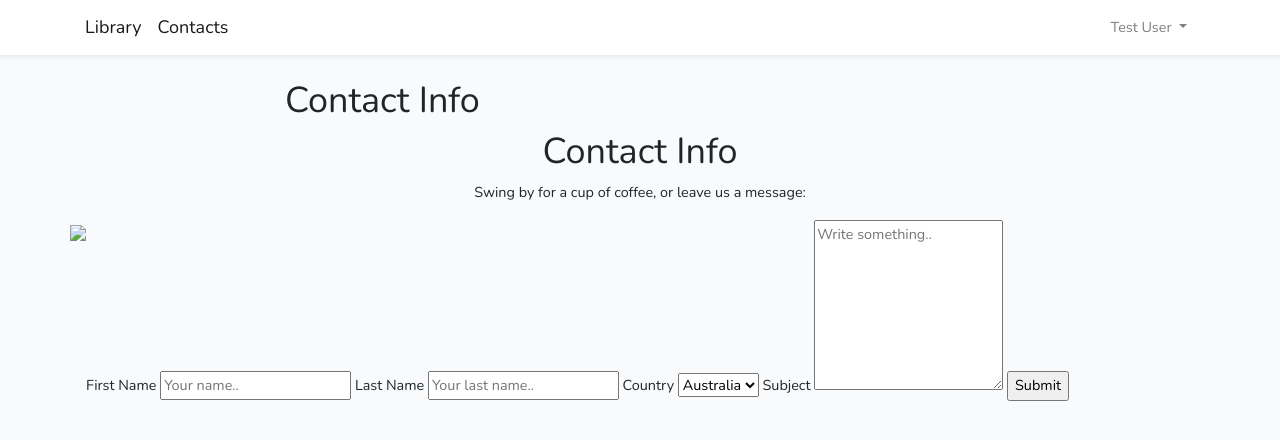
Repository: laravel-sys/groupOne
Page: http://localhost/contacts
An editor plug-in stored every save of this project. The page is shown before and after the next save, followed by the edit.
The browser window is 1280 px wide. The pictures show the whole page.
The page is served by the project's Laravel application, run on PHP 8.4 with Laravel 8. A made-up administrator, Test User (test@example.com), is signed in. Other server files are loaded and not shown. Style sheets and scripts are compiled from the project's sources, by tool versions that may differ from the author's. Queries for data that is not in the repository find no rows.

Above is the page before, as saved 2021-03-26 22:28:37.

### routes/web.php
<?php
use App\Http\Controllers\ContactsController;
use Illuminate\Support\Facades\Route;

/*
|--------------------------------------------------------------------------
| Web Routes
|--------------------------------------------------------------------------
|
| Here is where you can register web routes for your application. These
| routes are loaded by the RouteServiceProvider within a group which
| contains the "web" middleware group. Now create something great!
|
*/

Route::get('/', function () {
    return view('welcome');
});

Auth::routes();

Route::get('/home', [App\Http\Controllers\HomeController::class, 'index'])->name('home');

Route::resource('contacts', ContactsController::class);

### app/Models/User.php
<?php

namespace App\Models;

use Illuminate\Contracts\Auth\MustVerifyEmail;
use Illuminate\Database\Eloquent\Factories\HasFactory;
use Illuminate\Foundation\Auth\User as Authenticatable;
use Illuminate\Notifications\Notifiable;

class User extends Authenticatable
{
    use HasFactory, Notifiable;

    /**
     * The attributes that are mass assignable.
     *
     * @var array
     */
    protected $fillable = [
        'name',
        'email',
        'password',
    ];

    /**
     * The attributes that should be hidden for arrays.
     *
     * @var array
     */
    protected $hidden = [
        'password',
        'remember_token',
    ];

    /**
     * The attributes that should be cast to native types.
     *
     * @var array
     */
    protected $casts = [
        'email_verified_at' => 'datetime',
    ];

    public function contacts(){
        return $this->hasMany(Contact::class);
    }
}

### app/Http/Controllers/ContactsController.php
<?php

namespace App\Http\Controllers;

use App\Models\Contact;
use Illuminate\Http\Request;

use Illuminate\Support\Facades\Auth;

class ContactsController extends Controller
{
    public function __construct()
    {
        $this->middleware('auth' ,['except' => [
            'index',
        ]]);
        //$this->middleware('auth');
    }

    /**
     * Display a listing of the resource.
     *
     * @return \Illuminate\Http\Response
     */
    public function index()
    {
        $user=Auth::user();
        return view('index',['contacts'=>$user->contacts]);
        //return "OK";
    }

    /**
     * Show the form for creating a new resource.
     *
     * @return \Illuminate\Http\Response
     */
    public function create()
    {
        return view('create');
    }

    /**
     * Store a newly created resource in storage.
     *
     * @param  \Illuminate\Http\Request  $request
     * @return \Illuminate\Http\Response
     */
    public function store(Request $request)
    {
        request()->validate([
            'name' => 'required',
            'email' => 'required',
            'phone' => 'required',
            'subject' => 'required',
            'message' => 'required',
        ]);

        $contact->name = request('name');
        $contact->email = request('email');
        $contact->phone = request('phone');
        $contact->subject = request('subject');
        $contact->message = request('message');
        $contact->user_id = Auth::user()->id;

        $task->save();
        return redirect('contacts');
    }

    /**
     * Display the specified resource.
     *
     * @param  \App\Models\Contact  $contact
     * @return \Illuminate\Http\Response
     */
    public function show(Contact $contact)
    {
        return view('show', ['contact' => $contact]);
    }

    /**
     * Show the form for editing the specified resource.
     *
     * @param  \App\Models\Contact  $contact
     * @return \Illuminate\Http\Response
     */
    public function edit(Contact $contact)
    {
        return view('edit' , ['contact' => $contact]);
    }

    /**
     * Update the specified resource in storage.
     *
     * @param  \Illuminate\Http\Request  $request
     * @param  \App\Models\Contact  $contact
     * @return \Illuminate\Http\Response
     */
    public function update(Request $request, Contact $contact)
    {
        request()->validate([
            'name' => 'required',
            'email' => 'required',
            'phone' => 'required',
            'subject' => 'required',
            'message' => 'required',
        ]);

        $contact->name = request('name');
        $contact->email = request('email');
        $contact->phone = request('phone');
        $contact->subject = request('subject');
        $contact->message = request('message');
        $contact->user_id = Auth::user()->id;

        $contact->save();
        return redirect(route('contacts.index'));
    }

    /**
     * Remove the specified resource from storage.
     *
     * @param  \App\Models\Contact  $contact
     * @return \Illuminate\Http\Response
     */
    public function destroy(Contact $contact)
    {
        // $contact->delete();
        // return redirect(route('contacts.index'));
    }
}

### app/Models/Contact.php
<?php

namespace App\Models;

use Illuminate\Database\Eloquent\Factories\HasFactory;
use Illuminate\Database\Eloquent\Model;

class Contact extends Model
{
    use HasFactory;
    public function user(){
        return $this->belongsTo(User::class);
    }
}

### resources/views/index.blade.php
@extends('layouts.app')

@section('content')
<div class="container">
    <div class="col-lg-8 m-auto">
        <h1>Contact Info</h1>
        @foreach ($contacts as $contact)
            <div class="card mt-3">
                <p><a href="contacts/{{$contact->id}}"></p>
                <h3>Name:{{$contact->name}}</h3>
                <h3>Email:{{$contact->email}}</h3>
                <h3>Phone Number:{{$contact->phone}}</h3>
                <h3>Subject:{{$contact->subject}}</h3>
                <h3>Message:{{$contact->message}}</h3>
            </div>

        @endforeach
    </div>
</div>



            <div class="container">
            <div style="text-align:center">
                <h1>Contact Info</h1>
                    <p>Swing by for a cup of coffee, or leave us a message:</p>
            </div>
            <div class="row">
                <div class="column">
                <img src="/w3images/map.jpg" style="width:100%">
                </div>
                <div class="column">
                <form action="/action_page.php">
                    <label for="fname">First Name</label>
                    <input type="text" id="fname" name="firstname" placeholder="Your name..">
                    <label for="lname">Last Name</label>
                    <input type="text" id="lname" name="lastname" placeholder="Your last name..">
                    <label for="country">Country</label>
                    <select id="country" name="country">
                    <option value="australia">Australia</option>
                    <option value="canada">Canada</option>
                    <option value="usa">USA</option>
                    </select>
                    <label for="subject">Subject</label>
                    <textarea id="subject" name="subject" placeholder="Write something.." style="height:170px"></textarea>
                    <input type="submit" value="Submit">
                </form>
                </div>
              </div>
            </div>
@endsection

### resources/views/layouts/app.blade.php
<!doctype html>
<html lang="{{ str_replace('_', '-', app()->getLocale()) }}">
<head>
    <meta charset="utf-8">
    <meta name="viewport" content="width=device-width, initial-scale=1">

    <!-- CSRF Token -->
    <meta name="csrf-token" content="{{ csrf_token() }}">

    <title>{{ config('app.name', 'Laravel') }}</title>

    <!-- Scripts -->
    <script src="{{ asset('js/app.js') }}" defer></script>

    <!-- Fonts -->
    <link rel="dns-prefetch" href="//fonts.gstatic.com">
    <link href="https://fonts.googleapis.com/css?family=Nunito" rel="stylesheet">
    <link rel="stylesheet" href="https://cdn.jsdelivr.net/npm/bootstrap@4.6.0/dist/css/bootstrap.min.css" integrity="sha384-B0vP5xmATw1+K9KRQjQERJvTumQW0nPEzvF6L/Z6nronJ3oUOFUFpCjEUQouq2+l" crossorigin="anonymous">

    <!-- Styles -->
    <link href="{{ asset('css/app.css') }}" rel="stylesheet">
</head>
<body>
    <div id="app">
        <nav class="navbar navbar-expand-md navbar-light bg-white shadow-sm">
            <div class="container">
                <a class="navbar-brand" href="{{ url('/home') }}">
                   Library
                </a>
                <button class="navbar-toggler" type="button" data-toggle="collapse" data-target="#navbarSupportedContent" aria-controls="navbarSupportedContent" aria-expanded="false" aria-label="{{ __('Toggle navigation') }}">
                    <span class="navbar-toggler-icon"></span>
                </button>

                <div class="collapse navbar-collapse" id="navbarSupportedContent">
                    <!-- Left Side Of Navbar -->
                    <ul class="navbar-nav mr-auto">
                            <a class="navbar-brand" href="{{ url('/contacts') }}">
                                  Contacts
                            </a>
                    </ul>

                    <!-- Right Side Of Navbar -->
                    <ul class="navbar-nav ml-auto">
                        <!-- Authentication Links -->
                        @guest
                            @if (Route::has('login'))
                                <li class="nav-item">
                                    <a class="nav-link" href="{{ route('login') }}">{{ __('Login') }}</a>
                                </li>
                            @endif

                            @if (Route::has('register'))
                                <li class="nav-item">
                                    <a class="nav-link" href="{{ route('register') }}">{{ __('Register') }}</a>
                                </li>
                            @endif
                        @else
                            <li class="nav-item dropdown">
                                <a id="navbarDropdown" class="nav-link dropdown-toggle" href="#" role="button" data-toggle="dropdown" aria-haspopup="true" aria-expanded="false" v-pre>
                                    {{ Auth::user()->name }}
                                </a>

                                <div class="dropdown-menu dropdown-menu-right" aria-labelledby="navbarDropdown">
                                    <a class="dropdown-item" href="{{ route('logout') }}"
                                       onclick="event.preventDefault();
                                                     document.getElementById('logout-form').submit();">
                                        {{ __('Logout') }}
                                    </a>

                                    <form id="logout-form" action="{{ route('logout') }}" method="POST" class="d-none">
                                        @csrf
                                    </form>
                                </div>
                            </li>
                        @endguest
                    </ul>
                </div>
            </div>
        </nav>

        <main class="py-4">
            @yield('content')
        </main>
    </div>

    <script src="https://code.jquery.com/jquery-3.5.1.slim.min.js" integrity="sha384-DfXdz2htPH0lsSSs5nCTpuj/zy4C+OGpamoFVy38MVBnE+IbbVYUew+OrCXaRkfj" crossorigin="anonymous"></script>
    <script src="https://cdn.jsdelivr.net/npm/bootstrap@4.6.0/dist/js/bootstrap.bundle.min.js" integrity="sha384-Piv4xVNRyMGpqkS2by6br4gNJ7DXjqk09RmUpJ8jgGtD7zP9yug3goQfGII0yAns" crossorigin="anonymous"></script>

</body>
</html>

Loaded but not shown: app/Http/Controllers/Auth/ConfirmPasswordController.php (common file); app/Http/Controllers/Controller.php (common file); resources/sass/app.scss (common file); resources/sass/_variables.scss (common file)

After the next save:
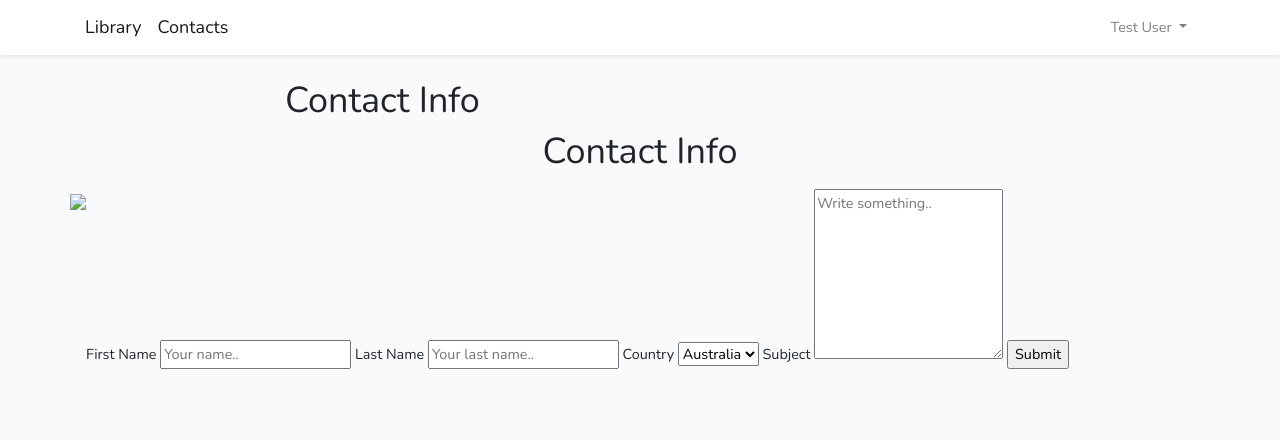
Saved 3 min 2 s later.
--- a/resources/views/index.blade.php
+++ b/resources/views/index.blade.php
@@ -23,7 +23,7 @@
             <div class="container">
             <div style="text-align:center">
                 <h1>Contact Info</h1>
-                    <p>Swing by for a cup of coffee, or leave us a message:</p>
+                    <p></p>
             </div>
             <div class="row">
                 <div class="column">
